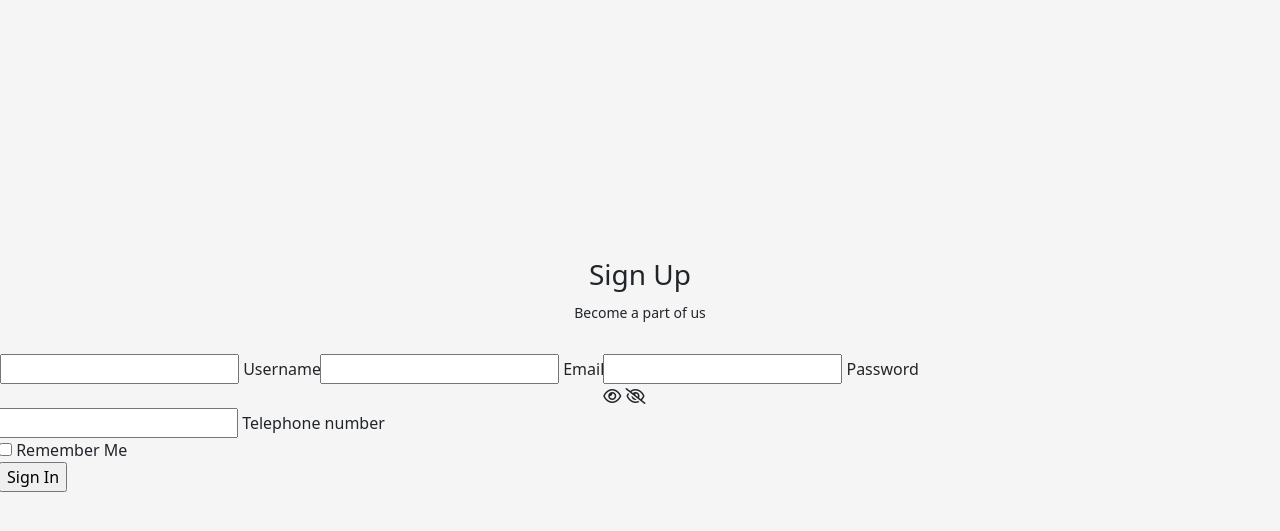
Repository: MauDucKG/BigFarm
Page: http://localhost/BigFarm/views/main/register/index.php
These files come from the project's save history. The page is drawn as it stood at one moment and after a run of saves; the edit follows.
The browser window is 1280 px wide. The pictures show the whole page.
Some web libraries are served in a nearby version. The page is run by PHP 8.4 with error messages shown; the project is at /var/www/html/.

Above is the page before, as saved 2023-04-26 18:21:45.

After the next 2 saves:
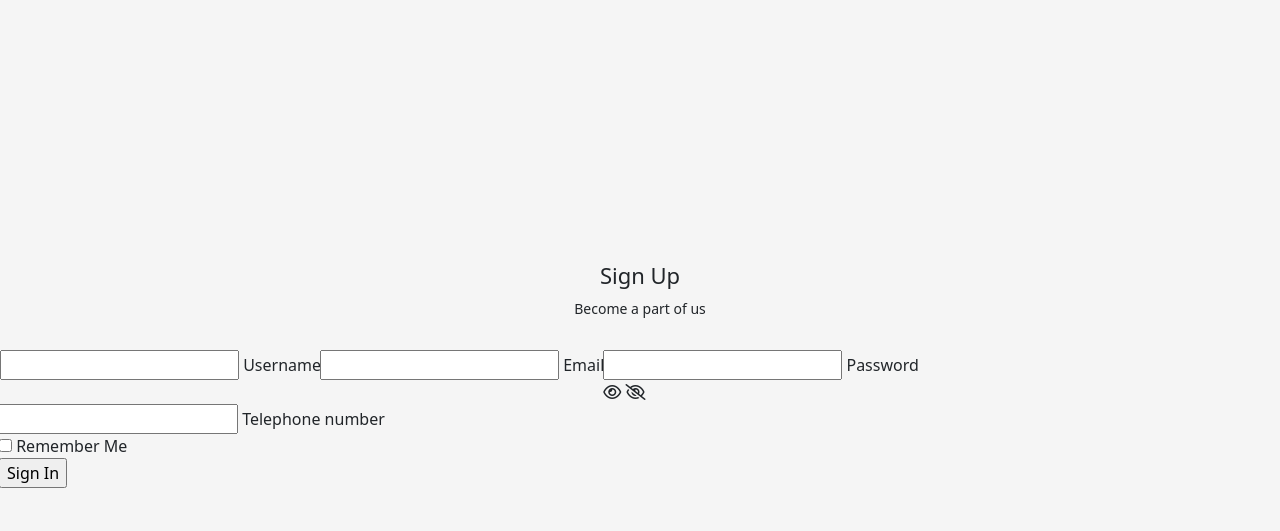
The 2 saves are shown as one change because they came seconds apart.
The last was saved 7 s later.
--- a/views/main/register/index.php
+++ b/views/main/register/index.php
@@ -20,6 +20,7 @@
             margin: 30px auto;
         }
         .top-header h3{
+            font-size: 22px;
 
         }
     </style>
